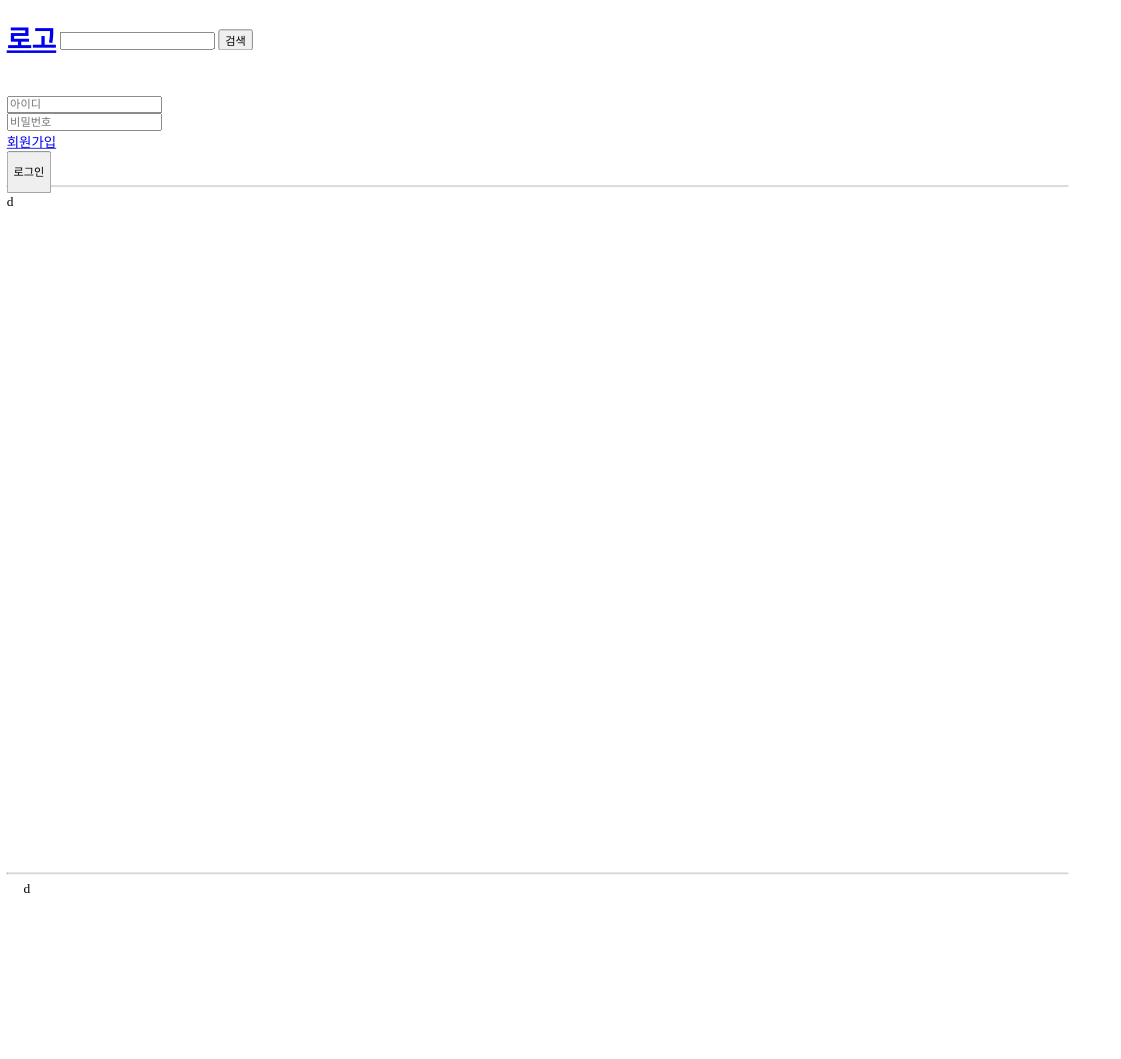
Repository: whtpdnd/Project
Page: http://localhost/Music/
These files come from the project's save history. The page is drawn as it stood at one moment and after the next save; the edit follows.
The browser window is 1280 px wide. The page is 1335 px wide, so the pictures cover 1335 px, including what lies to the right of the window. The pictures show the whole page, at 84% of full size.
The page is served by Tomcat 9.

Above is the page before, as saved 2022-11-23 10:15:33.

### project02/Music/WebContent/index.html
<!DOCTYPE html>
<html>
	<head>
		<meta charset="EUC-KR">
		<title>노래 추천</title>
		<link rel="stylesheet" href="css/style.css">
	</head>
	<body>
		<div class="header">
			<div class="logo">
				<h1><a href="#">로고</a></h1>
			</div>
			<div class="serch">
				<input type="text">
				<input type="button" value="검색">
			</div>
			<div class="login">
				<input type="text" placeholder="아이디">
				<br>
				<input type="password" placeholder="비밀번호">
				<br>
				<a href="#">회원가입</a>
			</div>
			<div class="button">
				<input type="button" value="로그인" style="height:50px;">
			</div>
		</div>
		<hr>
		<div class="body">
			d
		</div>
		<hr>
		<div class="tail">
			d
		</div>
	</body>
</html>

### project02/Music/WebContent/css/style.css
@charset "EUC-KR";
.header
{
	position: relative;
    width: 100%;
    min-width: 1048px;
    height: 192px;
}
.button
{
	position: relative;
}
.body
{
	position: relative;
    display: inline-block;
    display: block;
    width: 100%;
    min-height: 800px;
}
.tail
{
	min-height: 204px;
    padding: 0 20px;
}
.serch
{
	position: relative;
	right:-5%;
	bottom:28%;
}

After the next save:
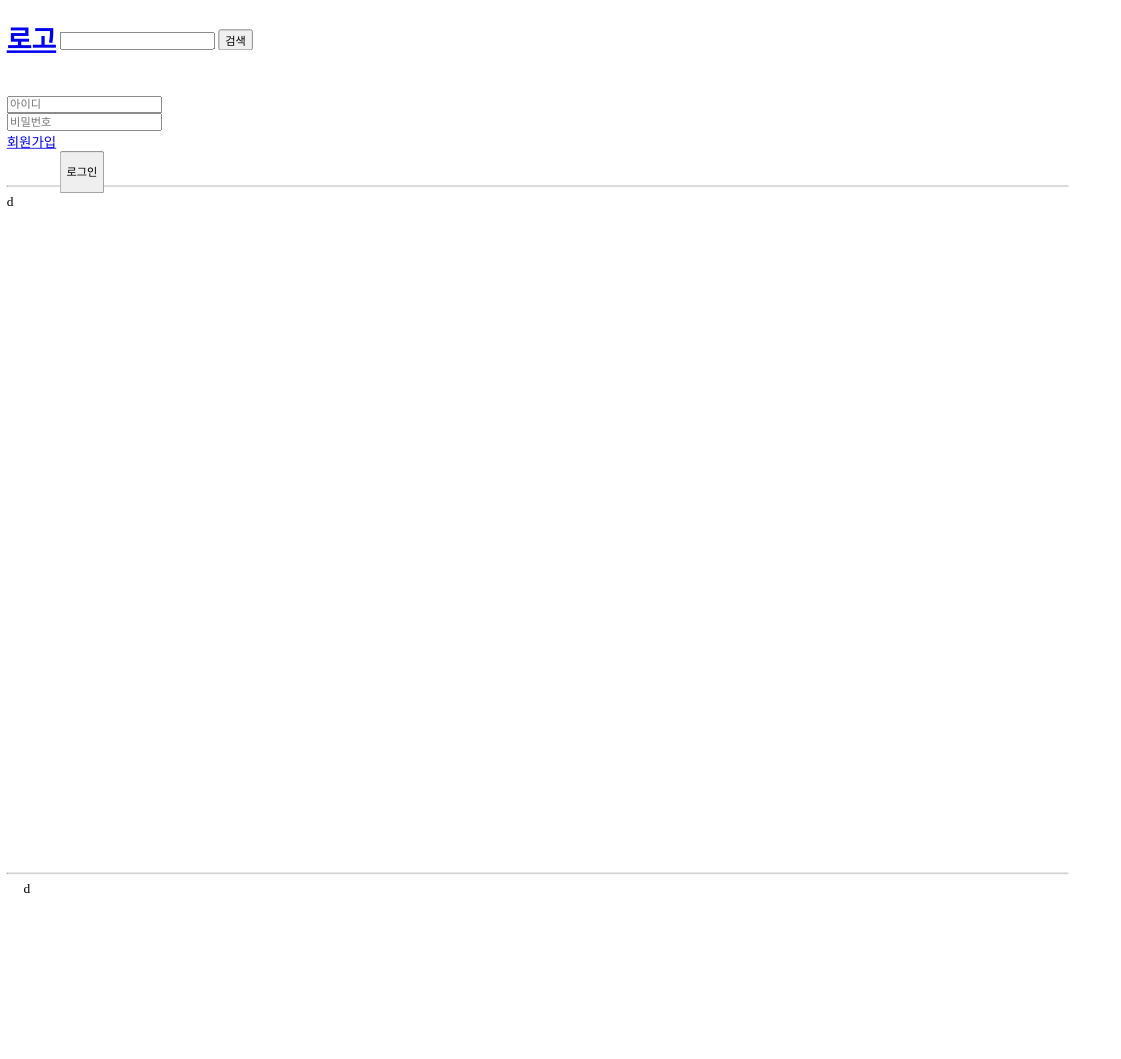
Saved 19 s later.
--- a/project02/Music/WebContent/css/style.css
+++ b/project02/Music/WebContent/css/style.css
@@ -9,6 +9,7 @@
 .button
 {
 	position: relative;
+	right:-5%;
 }
 .body
 {
